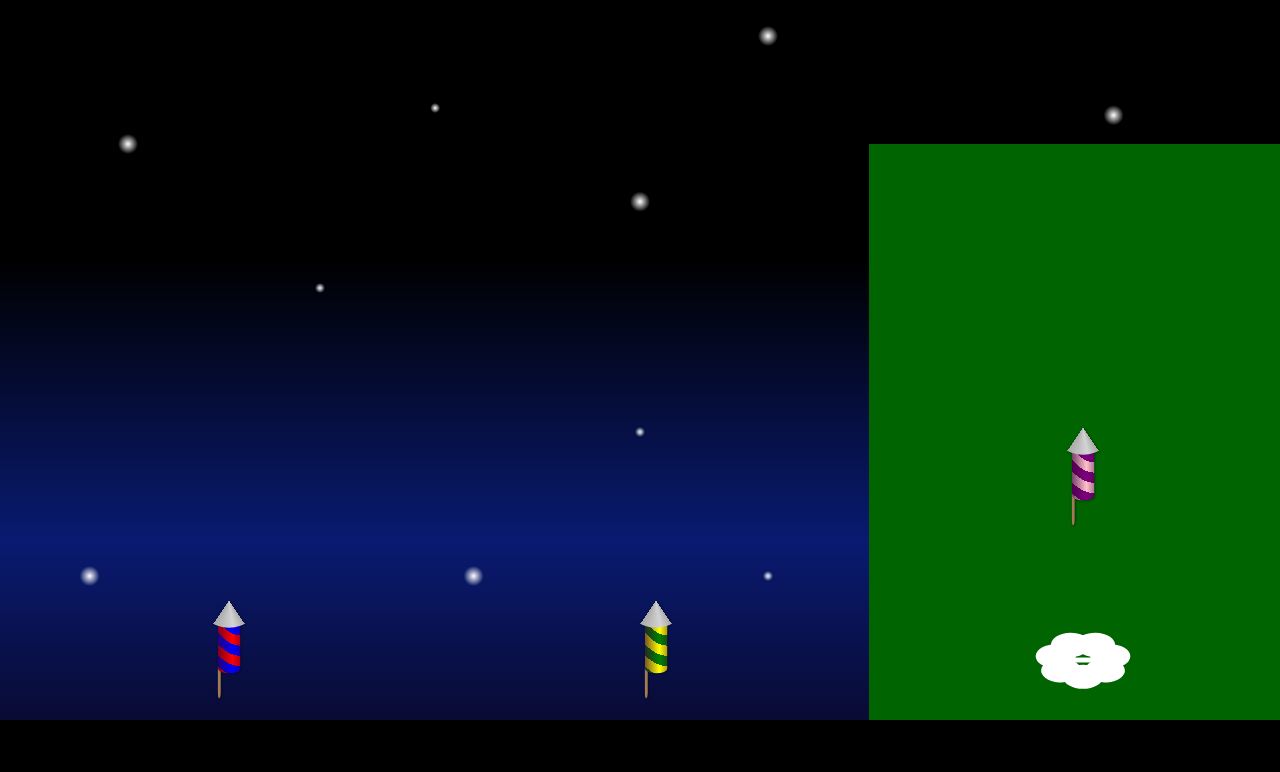
Repository: juliandecloe/CSS-To-The-Rescue---Julian-de-Cloe
Page: index.html
The author's editor kept a copy of each file at every save. The page is drawn from the files as they stood at one save, then again after a run of saves.
The browser window is 1280 px wide. The pictures show the whole page.

Above is the page before, as saved 2022-03-10 17:34:15.

After the next 2 saves:
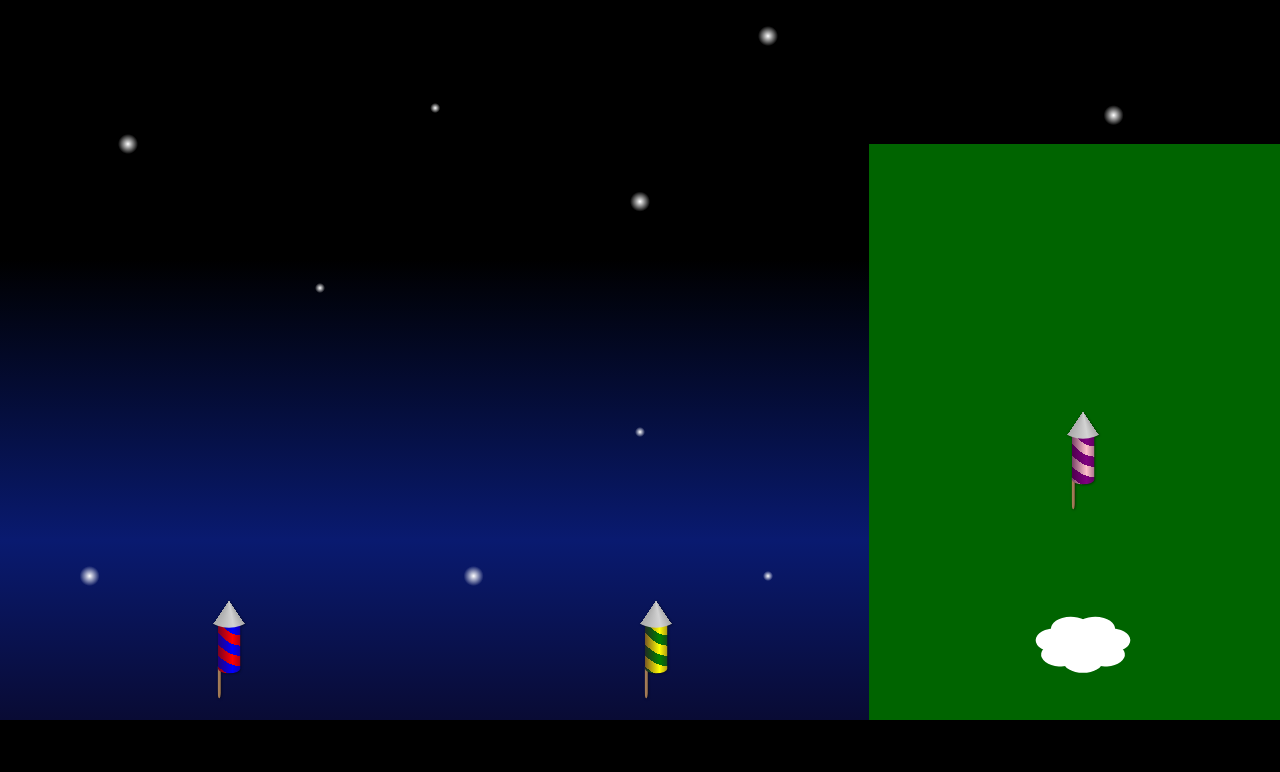
The 2 saves are shown as one change because they came seconds apart.
The last was saved 12 s later.
--- a/style.css
+++ b/style.css
@@ -569,8 +569,8 @@
 section:last-child ul {
 	position: relative;
 	list-style-type: none;
-	width: 10rem;
-	aspect-ratio: 1/1;
+	width: 5rem;
+	height: 5rem;
 	display: grid;
 	place-items: center;
 	background: white;

After the save that followed:
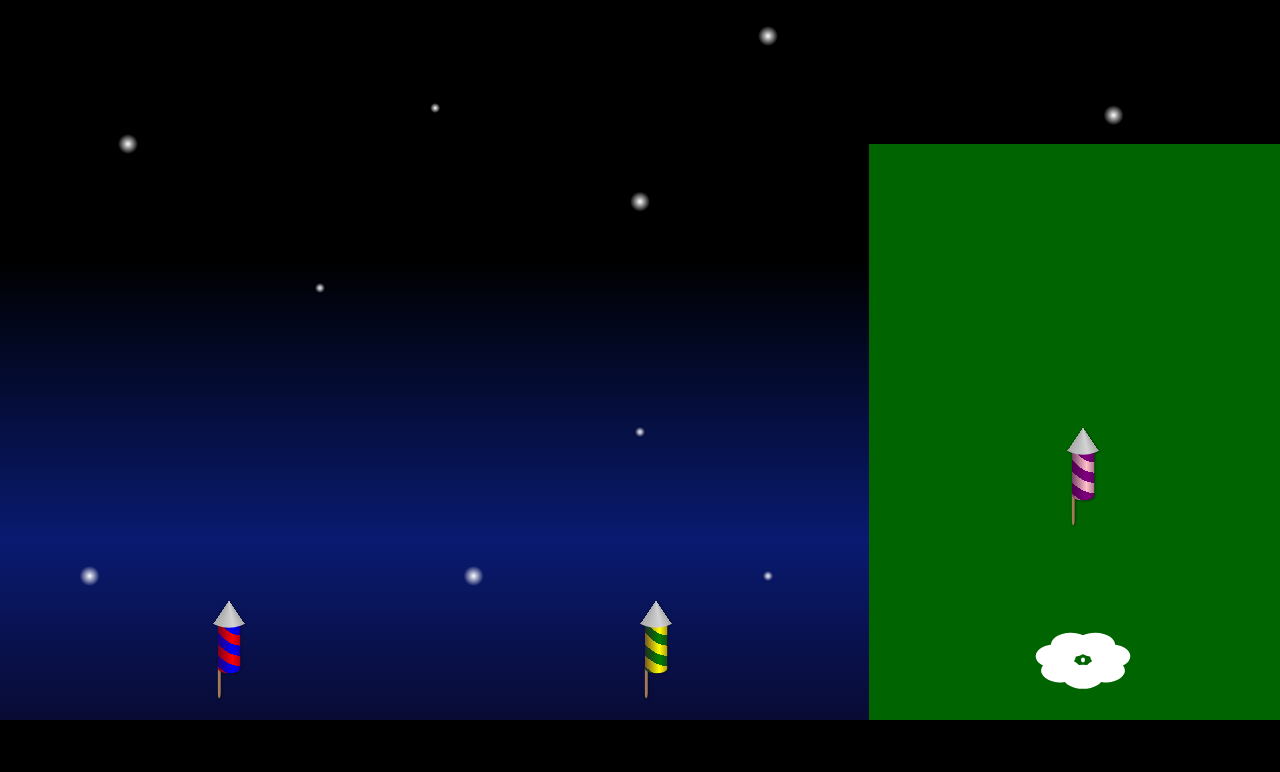
Saved 14 s later.
--- a/style.css
+++ b/style.css
@@ -569,8 +569,8 @@
 section:last-child ul {
 	position: relative;
 	list-style-type: none;
-	width: 5rem;
-	height: 5rem;
+	width: .5rem;
+	aspect-ratio: 1/1;
 	display: grid;
 	place-items: center;
 	background: white;
